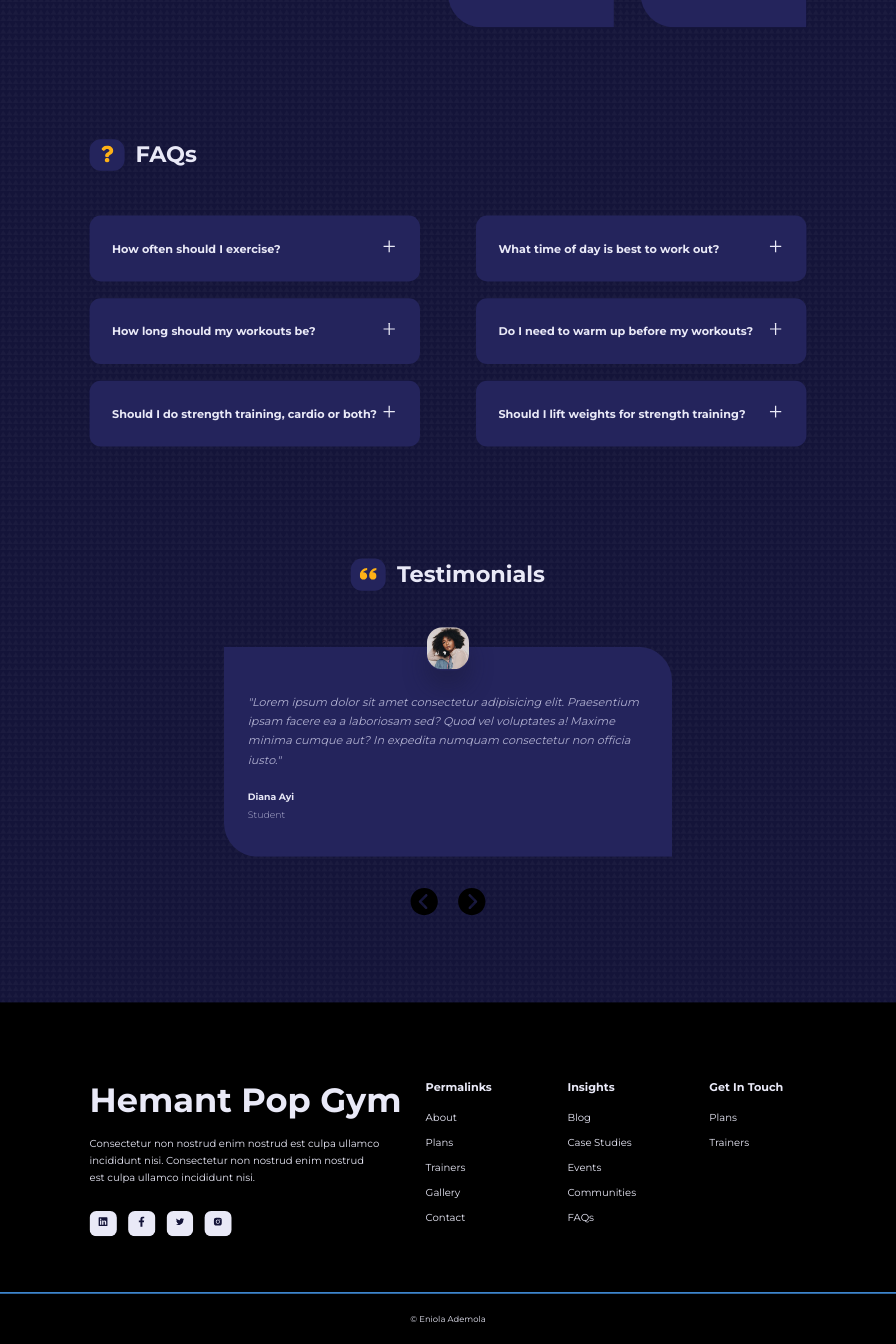
Repository: aryaMode/gym-portfolio
Page: /
An editor plug-in stored every save of this project. The page is shown before and after the next save, followed by the edit.
The browser window is 1280 px wide. The pictures show the part of the page from y = 2040 to 3960 px (the page is 3960 px tall before and 3946 px after), at 70% of full size.
The project was rebuilt for these pictures with package versions that can differ from the ones it lists, and the page was loaded fresh each time. Also part of the build but not shown: src/pages/about/about.css, src/components/Header.jsx, src/pages/about/About.jsx, src/pages/contact/contact.css, src/pages/contact/Contact.jsx, src/pages/gallery/gallery.css, src/pages/gallery/Gallery.jsx, src/pages/notFound/notFound.css and 6 more.

Above is the page before, as saved 2023-07-20 16:35:59.

After the next save:
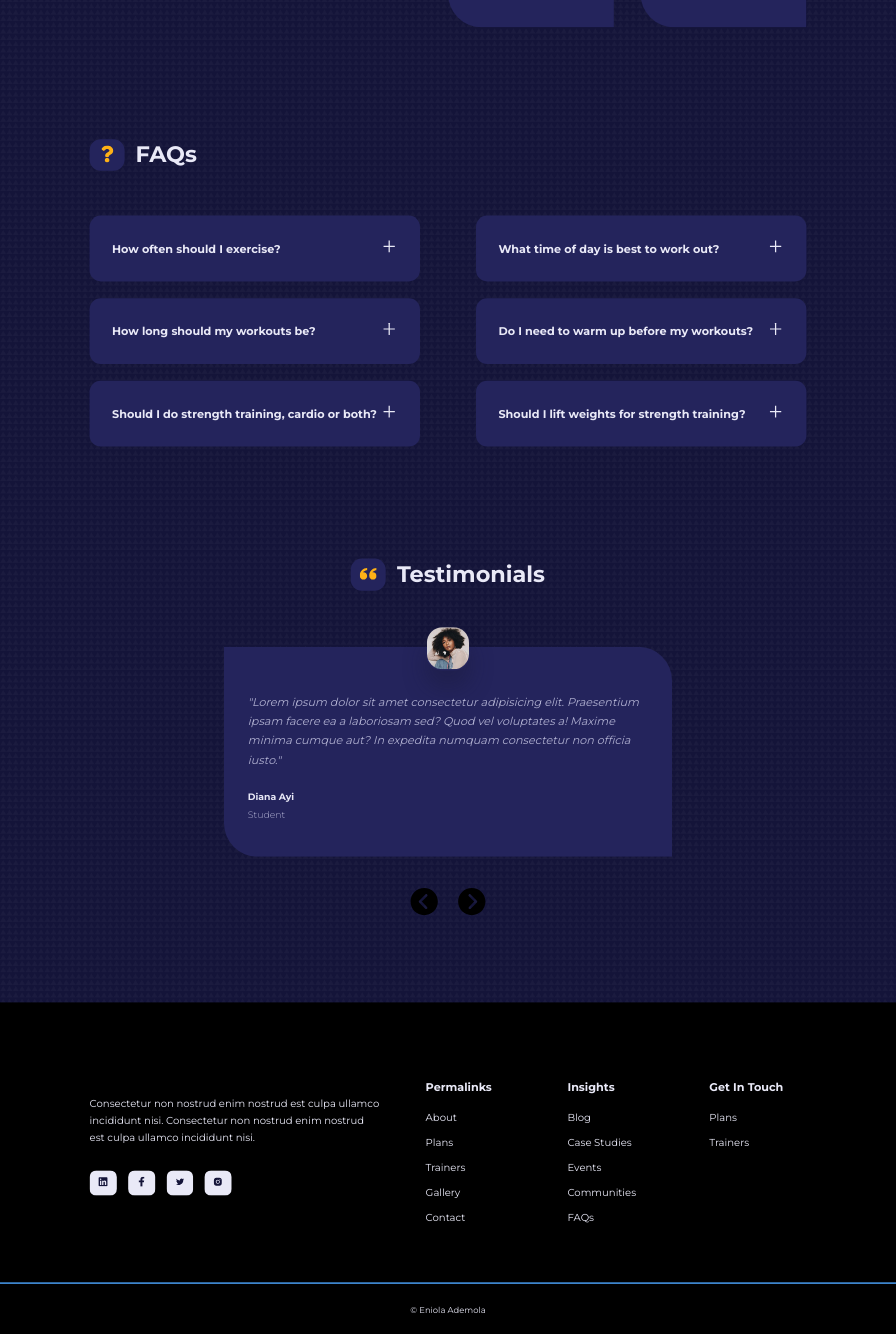
Saved 13 s later.
--- a/src/components/Footer.jsx
+++ b/src/components/Footer.jsx
@@ -13,7 +13,7 @@ const Footer = () => {
 				<article>
 					<Link to="/" className="logo">
 						{/* <img src={Logo} alt="Footer Logo" /> */}
-						<h1>Hemant Pop Gym</h1>
+						<h1></h1>
 					</Link>
 					<p>
 						Consectetur non nostrud enim nostrud est culpa ullamco incididunt
